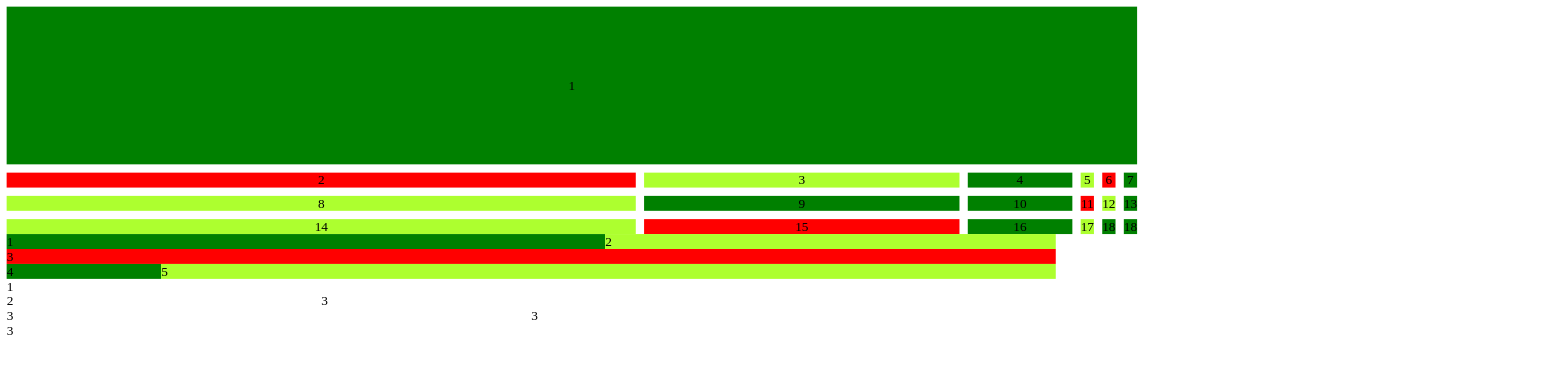
Repository: motiejus1/09-paskaita-05.31
Page: index.html
The author's editor kept a copy of each file at every save. The page is drawn from the files as they stood at one save, then again after the next save.
The browser window is 1280 px wide. The page is 1370 px wide, then 1876 px, so the pictures cover 1876 px, including what lies to the right of the window. The pictures show the whole page, at 83% of full size.

Above is the page before, as saved 2021-06-15 20:42:48.

After the next save:
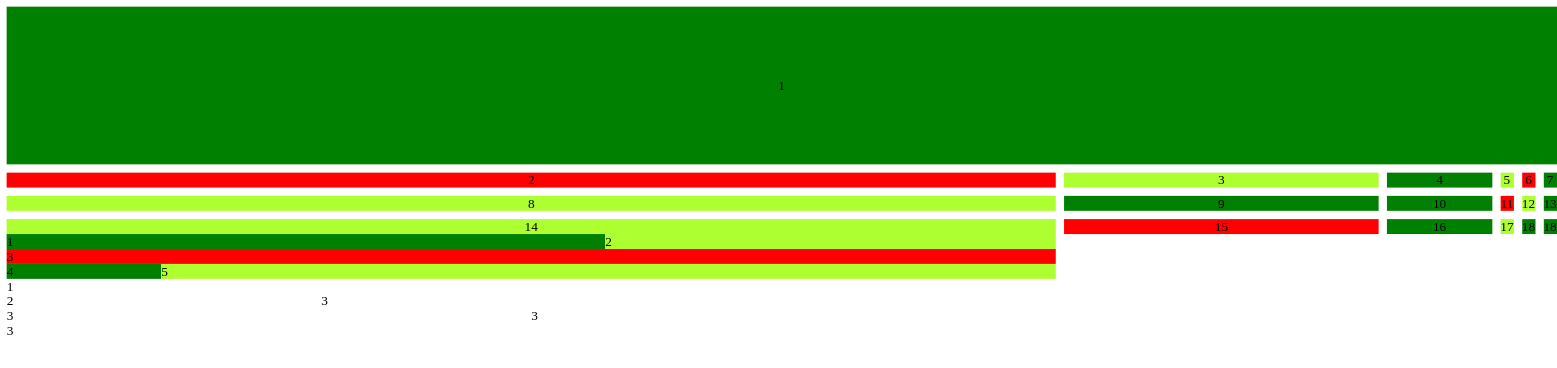
Saved 10 s later.
--- a/index.html
+++ b/index.html
@@ -8,7 +8,7 @@
     <style>
         .grid-container {
             display: grid;
-            grid-template-columns: 60% 30% 10%;
+            grid-template-columns: 100% 30% 10%;
             grid-column-gap: 10px ;
             grid-row-gap: 10px ;
         }
